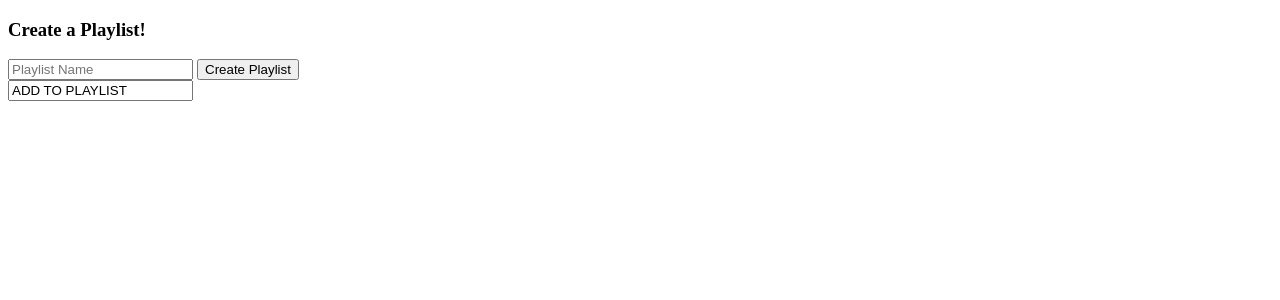
Repository: randysteele/tunify
Page: tunify-frontend/index.html
The author's editor kept a copy of each file at every save. The page is drawn from the files as they stood at one save, then again after the next save.
The browser window is 1280 px wide. The pictures show the whole page.
The page's requests for data from a server got no answer.

Above is the page before, as saved 2020-06-10 14:34:15.

After the next save:
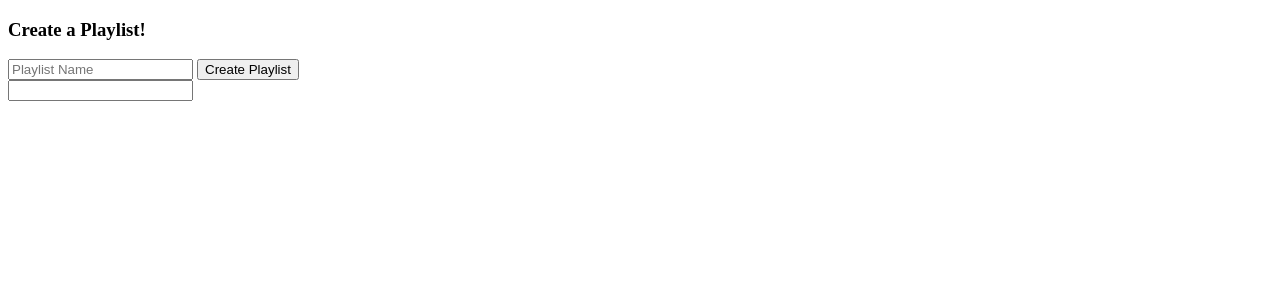
Saved 23 s later.
--- a/tunify-frontend/index.html
+++ b/tunify-frontend/index.html
@@ -37,7 +37,7 @@
       </div>
        <div id = "song-container">
         <form>
-       <input id="add-button.playlist.id" type="click" name="click" value ="ADD TO PLAYLIST"></form></input>
+       <input id="add-button.playlist.id" type="click" name="click" value ="  "></form></input>
       </form>
 <script>
   function addSongsToPlaylist(e){
